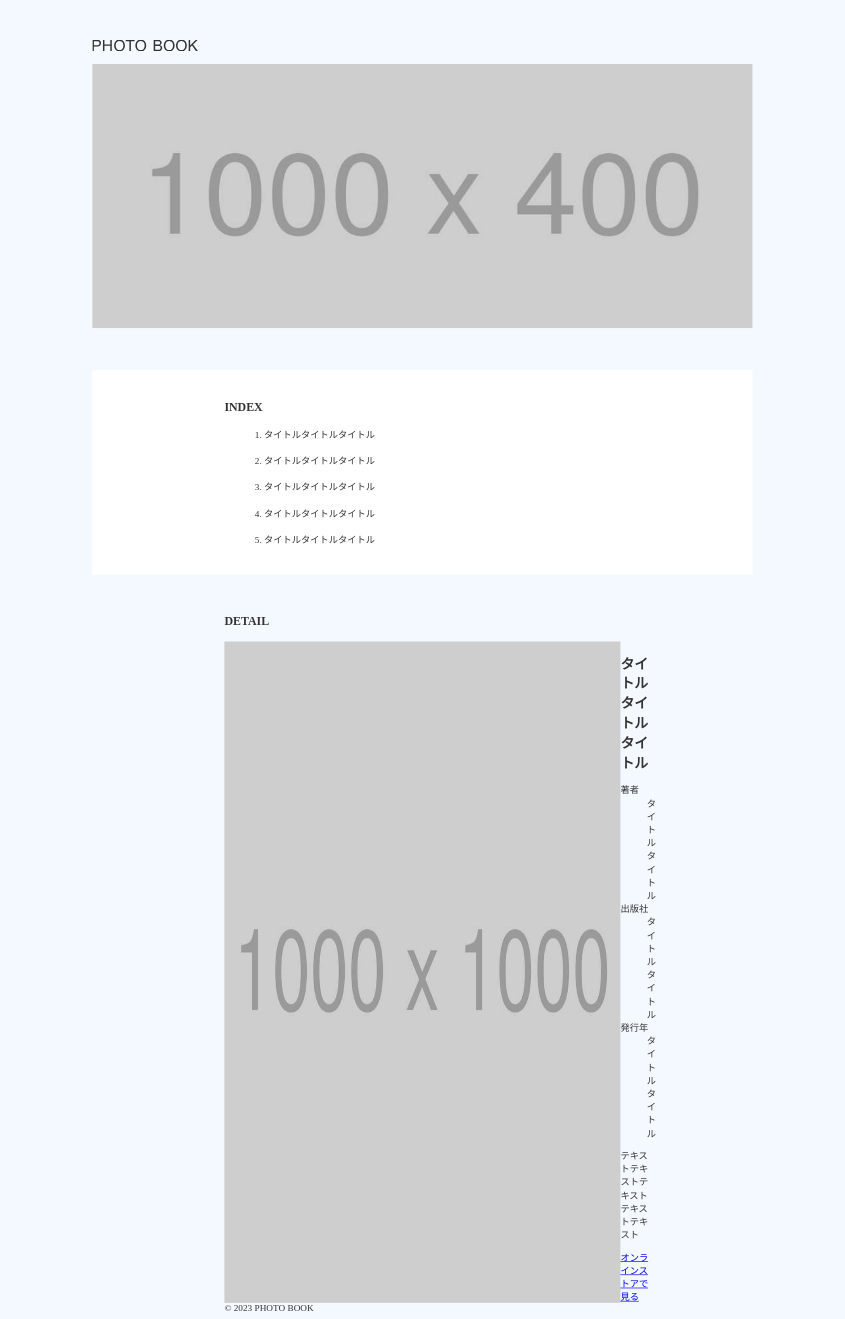
Repository: Fuki-san/photo-book-1
Page: http://localhost/photo
These files come from the project's save history. The page is drawn as it stood at one moment and after a run of saves; the edit follows.
The browser window is 1280 px wide. The pictures show the whole page, at 66% of full size.
The page is served by the project's Laravel application, run on PHP 8.4 with Laravel 10. Other server files are loaded and not shown.

Above is the page before, as saved 2023-11-29 18:49:12.

### routes/web.php
<?php

use Illuminate\Support\Facades\Route;

/*
|--------------------------------------------------------------------------
| Web Routes
|--------------------------------------------------------------------------
|
| Here is where you can register web routes for your application. These
| routes are loaded by the RouteServiceProvider and all of them will
| be assigned to the "web" middleware group. Make something great!
|
*/

Route::get('/', function () {
    return view('welcome');
});

Route::get('photo', function () {
    return view('photo');
});

### resources/views/photo.blade.php
@extends('layouts.main')

@section('title', 'photo')

@section('content')
    <div class="container">
        <header id="header">
            <h1 class="site-title"><a href="#"><img src="img/logo.svg" alt=""></a></h1>
        </header>

        <main>
            <div id="mainvisual">
                <img src="img/mainvisual.jpg" alt="">
            </div>
            <section id="index">
                <div class="inner">
                    <h2 class="sec-title">INDEX</h2>
                    <ol class="index-list">
                        <li>タイトルタイトルタイトル</li>
                        <li>タイトルタイトルタイトル</li>
                        <li>タイトルタイトルタイトル</li>
                        <li>タイトルタイトルタイトル</li>
                        <li>タイトルタイトルタイトル</li>
                    </ol>
                </div>
            </section>

            <section id="detail">
                <div class="inner">
                    <h2 class="sec-title">DETAIL</h2>
                    <div class="content">
                        <img src="img/detail.jpg" alt="">
                        <div class="text">
                            <h2 class="title">タイトルタイトルタイトル</h2>
                            <dl>
                                <dt>著者</dt>
                                <dd>タイトルタイトル</dd>
                                <dt>出版社</dt>
                                <dd>タイトルタイトル</dd>
                                <dt>発行年</dt>
                                <dd>タイトルタイトル</dd>
                            </dl>
                            <p>テキストテキストテキストテキストテキスト</p>
                            <a rel="noopener noreferrer" class="link" target="_blank" href="#">オンラインストアで見る</a>
                        </div>
                    </div>
                </div>
            </section>
        </main>

        <footer id="footer">
            <p class="inner">&copy; 2023 PHOTO BOOK</p>
        </footer>

    </div>
@endsection

### resources/views/layouts/main.blade.php
<!DOCTYPE html>
<html lang="ja">
<head>
    <meta charset="UTF-8">
    <meta name="viewport" content="width=device-width, initial-scale=1.0">
    <meta http-equiv="X-UA-Compatible" content="ie=edge">
    <link rel="stylesheet" href="{{ asset('css/reset.css') }}">
    <link rel="stylesheet" href="{{ asset('css/style.css') }}">
    <link rel="icon" href="img/favicon.ico">
    <title>@yield('title')</title>
</head>
<body>
    @yield('content')
</body>
</html>

### public/css/style.css
@charset "utf-8";

html{
    font-size: 100%;
}
body{
    font-size: 0.875rem;
    color: #333;
    background-color: #f4f9ff;
}
img{
    max-width: 100%;
    /* 画像は文字みたいに最初からサイズが決まっているわけではないので、
    (厳密にいえばテキストも同様で○○remと相対的なサイズにする)小さい画面サイズで
    はみ出したり、大きい画面サイズで余白ができるほど小さい画像にならないように、
    レスポンシブデザインを活かすため、max-width100%をしている */
}
.container{
    /* つまり.containerの子要素は本来、子のブロック要素は親要素と同じ幅になってmarigin autoなんて
    効かないが、1000pxの幅を超えたときに、containerがインライン要素と同じ感じに
    (block要素の幅100%でなく)1000pxという幅を持ち始め、それよりも大きい外側の部分を調整して
    marigin autoが効き、真ん中に来るようになる。
    端的に言えば↓の2つのコードは、幅が1000pxを超えたときに要素が真ん中に来るようにすること */
    /* .containerにも.innerにもmax-widthをする理由は、.innerの幅は
    .containerの1000pxを超えることがないが、それを超えて例えば1200pxのとき、
    .containerは200px分marginを取る。子のsection index(containerと同じ幅)も同様に1000pxcontentになり200px分は
    marginになる。このときでもinnerは600pxの幅を保ち、親のsection(1000px)に対して400px(左右200pxずつ)
    marginを取り、残りの200pxはそもそも範囲外でmarginでさえ対象外だから関係なし。
    つまり最初真ん中にindex要素を配置したいな→indexは600pxまでmainvisualと同じ幅で
    それ以上は画像だけ幅が伸びていく形(T型見たいなデザイン)にしようかな...でmax-widthとmargin autoが決まる */
    max-width: 1000px;
    margin: 0 auto;
}
.inner{
    margin: 0 auto;
    max-width: 600px;
}
.sec-title{
    font-size: 1.125rem;
    font-weight: bold;
    margin-bottom: 20px;
}
/* header */

#header{
    margin-top: 60px;
}
#header .site-title{
    width: 160px;
    /* h1の高さ(厳密にはborderlineだから、文字のaとかだとa文字がmainvisualと重なる。vertical-align bottomにすれば大丈夫だが...)をaやimgと合わせるため。 */
    line-height: 1px;
}
#header a{
    /* h1の範囲をaと合わせるため。これでクリックする範囲をh1と同じにした。
    aの高さはdisplayblockしてない状態だとh1と同じ高さだから、
    aも高さ変更必要でdisplay blockを使用 */
    display: block;
}
/* main */
#mainvisual{
    margin-bottom: 60px;
}
#index{
    background-color: #fff;
    padding: 30px 0;
    margin-bottom: 60px;
}
#index .index-list{
    margin-left: 20px;
}
#index .index-list li{
    margin-bottom: 20px;
}
#index .index-list li:last-child{
    margin-bottom: 0;
}
/* detaill */
#detail{
    /* margin-bottom: 100px; */
}
.content{
    display: flex;
    /* align-items: flex-start; */
}

### public/img/logo.svg
<?xml version="1.0" encoding="utf-8"?>
<!-- Generator: Adobe Illustrator 15.1.0, SVG Export Plug-In . SVG Version: 6.00 Build 0)  -->
<!DOCTYPE svg PUBLIC "-//W3C//DTD SVG 1.1//EN" "http://www.w3.org/Graphics/SVG/1.1/DTD/svg11.dtd">
<svg version="1.1" id="レイヤー_1" xmlns="http://www.w3.org/2000/svg" xmlns:xlink="http://www.w3.org/1999/xlink" x="0px"
	 y="0px" width="1400px" height="156px" viewBox="0 0 1400 156" enable-background="new 0 0 1400 156" xml:space="preserve">
<g>
	<path fill="#333333" d="M0,152.092V2.65h56.373c9.92,0,17.498,0.477,22.731,1.428c7.34,1.223,13.49,3.552,18.451,6.982
		c4.96,3.433,8.953,8.241,11.978,14.425c3.022,6.185,4.536,12.98,4.536,20.387c0,12.709-4.043,23.463-12.129,32.264
		c-8.09,8.802-22.699,13.202-43.834,13.202h-38.33v60.754H0z M19.775,73.702h38.636c12.775,0,21.847-2.379,27.217-7.136
		c5.369-4.757,8.053-11.451,8.053-20.082c0-6.252-1.581-11.604-4.741-16.056c-3.16-4.45-7.324-7.391-12.487-8.817
		c-3.33-0.883-9.481-1.325-18.452-1.325H19.775V73.702z"/>
	<path fill="#333333" d="M139.859,152.092V2.65h19.776v61.367h77.677V2.65h19.775v149.441h-19.775V81.652h-77.677v70.439H139.859z"
		/>
	<path fill="#333333" d="M288.174,79.309c0-24.805,6.66-44.224,19.98-58.258C321.473,7.019,338.667,0,359.735,0
		c13.795,0,26.232,3.298,37.309,9.889c11.076,6.593,19.521,15.784,25.332,27.574c5.811,11.791,8.716,25.163,8.716,40.112
		c0,15.155-3.059,28.713-9.175,40.674c-6.116,11.961-14.781,21.016-25.993,27.166c-11.214,6.15-23.311,9.226-36.291,9.226
		c-14.067,0-26.641-3.398-37.717-10.194c-11.079-6.794-19.471-16.071-25.179-27.829C291.029,104.86,288.174,92.425,288.174,79.309z
		 M308.562,79.614c0,18.01,4.843,32.197,14.527,42.559c9.684,10.364,21.831,15.546,36.442,15.546
		c14.884,0,27.131-5.231,36.75-15.699c9.615-10.464,14.423-25.313,14.423-44.546c0-12.165-2.057-22.784-6.167-31.856
		c-4.112-9.071-10.126-16.106-18.043-21.101c-7.917-4.995-16.804-7.493-26.656-7.493c-14,0-26.046,4.81-36.137,14.425
		C313.608,41.065,308.562,57.121,308.562,79.614z"/>
	<path fill="#333333" d="M490.425,152.092V20.286h-49.237V2.65h118.451v17.636h-49.439v131.806H490.425z"/>
	<path fill="#333333" d="M570.14,79.309c0-24.805,6.658-44.224,19.979-58.258C603.438,7.019,620.632,0,641.7,0
		c13.794,0,26.23,3.298,37.309,9.889c11.076,6.593,19.522,15.784,25.331,27.574c5.813,11.791,8.717,25.163,8.717,40.112
		c0,15.155-3.059,28.713-9.176,40.674c-6.114,11.961-14.779,21.016-25.992,27.166s-23.311,9.226-36.291,9.226
		c-14.068,0-26.641-3.398-37.717-10.194c-11.078-6.794-19.47-16.071-25.179-27.829C572.994,104.86,570.14,92.425,570.14,79.309z
		 M590.526,79.614c0,18.01,4.843,32.197,14.527,42.559c9.685,10.364,21.83,15.546,36.442,15.546
		c14.883,0,27.132-5.231,36.748-15.699c9.615-10.464,14.424-25.313,14.424-44.546c0-12.165-2.057-22.784-6.166-31.856
		c-4.113-9.071-10.127-16.106-18.043-21.101c-7.918-4.995-16.804-7.493-26.658-7.493c-14,0-26.044,4.81-36.136,14.425
		C595.572,41.065,590.526,57.121,590.526,79.614z"/>
	<path fill="#333333" d="M812.43,152.092V2.65h56.066c11.416,0,20.573,1.514,27.472,4.537c6.896,3.024,12.3,7.68,16.209,13.966
		c3.907,6.286,5.861,12.861,5.861,19.724c0,6.39-1.732,12.404-5.198,18.044c-3.467,5.641-8.7,10.193-15.7,13.659
		c9.039,2.65,15.987,7.172,20.848,13.558c4.857,6.389,7.289,13.933,7.289,22.631c0,7-1.479,13.506-4.435,19.521
		c-2.957,6.016-6.612,10.652-10.958,13.915c-4.352,3.261-9.806,5.726-16.363,7.391c-6.558,1.666-14.593,2.497-24.106,2.497H812.43z
		 M832.206,65.444h32.313c8.768,0,15.053-0.576,18.859-1.733c5.027-1.493,8.818-3.975,11.366-7.439
		c2.548-3.468,3.822-7.815,3.822-13.049c0-4.961-1.188-9.328-3.567-13.099c-2.38-3.773-5.776-6.354-10.192-7.748
		c-4.419-1.393-11.997-2.09-22.733-2.09h-29.868V65.444z M832.206,134.457h37.208c6.386,0,10.872-0.237,13.455-0.715
		c4.552-0.814,8.358-2.173,11.417-4.077c3.058-1.901,5.571-4.672,7.544-8.308c1.971-3.634,2.956-7.832,2.956-12.589
		c0-5.571-1.428-10.414-4.281-14.526c-2.854-4.111-6.814-6.999-11.876-8.665c-5.063-1.664-12.354-2.497-21.865-2.497h-34.558
		V134.457z"/>
	<path fill="#333333" d="M946.479,79.309c0-24.805,6.659-44.224,19.979-58.258C979.776,7.019,996.972,0,1018.039,0
		c13.794,0,26.23,3.298,37.309,9.889c11.077,6.593,19.521,15.784,25.331,27.574c5.812,11.791,8.717,25.163,8.717,40.112
		c0,15.155-3.058,28.713-9.175,40.674s-14.781,21.016-25.994,27.166s-23.311,9.226-36.29,9.226
		c-14.068,0-26.641-3.398-37.717-10.194c-11.078-6.794-19.47-16.071-25.18-27.829C949.332,104.86,946.479,92.425,946.479,79.309z
		 M966.865,79.614c0,18.01,4.842,32.197,14.526,42.559c9.685,10.364,21.83,15.546,36.442,15.546
		c14.884,0,27.133-5.231,36.749-15.699c9.615-10.464,14.424-25.313,14.424-44.546c0-12.165-2.057-22.784-6.166-31.856
		c-4.113-9.071-10.127-16.106-18.044-21.101c-7.917-4.995-16.803-7.493-26.657-7.493c-14.001,0-26.044,4.81-36.136,14.425
		C971.91,41.065,966.865,57.121,966.865,79.614z"/>
	<path fill="#333333" d="M1108.865,79.309c0-24.805,6.66-44.224,19.979-58.258C1142.163,7.019,1159.357,0,1180.426,0
		c13.794,0,26.23,3.298,37.31,9.889c11.076,6.593,19.521,15.784,25.332,27.574c5.811,11.791,8.715,25.163,8.715,40.112
		c0,15.155-3.059,28.713-9.175,40.674c-6.115,11.961-14.779,21.016-25.993,27.166s-23.312,9.226-36.29,9.226
		c-14.068,0-26.642-3.398-37.719-10.194c-11.078-6.794-19.469-16.071-25.177-27.829
		C1111.719,104.86,1108.865,92.425,1108.865,79.309z M1129.254,79.614c0,18.01,4.842,32.197,14.525,42.559
		c9.684,10.364,21.831,15.546,36.442,15.546c14.882,0,27.131-5.231,36.749-15.699c9.615-10.464,14.424-25.313,14.424-44.546
		c0-12.165-2.057-22.784-6.167-31.856c-4.113-9.071-10.127-16.106-18.043-21.101c-7.917-4.995-16.804-7.493-26.658-7.493
		c-13.999,0-26.044,4.81-36.135,14.425C1134.298,41.065,1129.254,57.121,1129.254,79.614z"/>
	<path fill="#333333" d="M1276.45,152.092V2.65h19.776V76.76l74.211-74.109h26.81l-62.691,60.552l65.444,88.89h-26.096
		l-53.213-75.638l-24.465,23.854v51.784H1276.45z"/>
</g>
</svg>

After the next 2 saves:
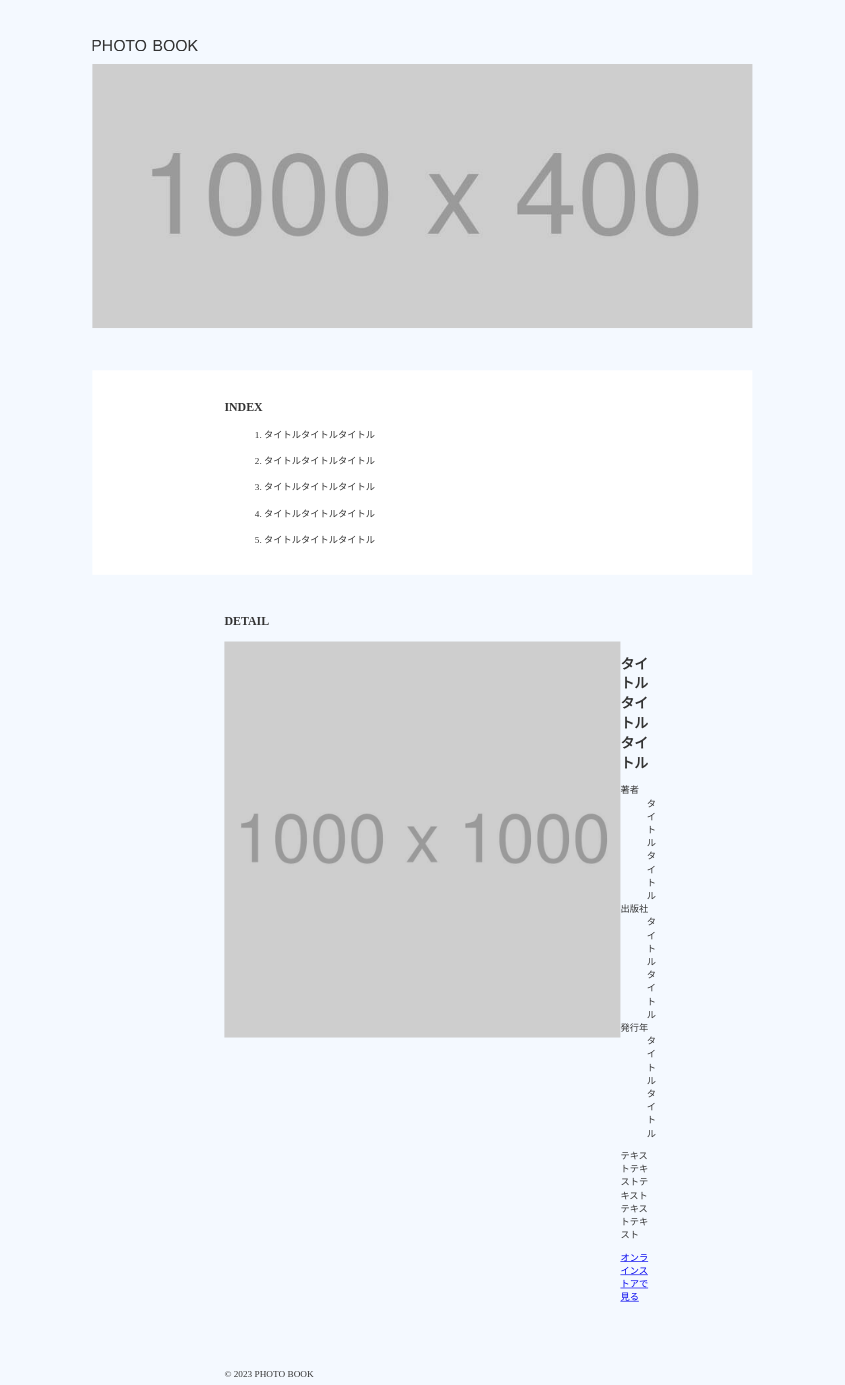
The 2 saves are shown as one change because they came seconds apart.
The last was saved 19 s later.
--- a/public/css/style.css
+++ b/public/css/style.css
@@ -76,9 +76,9 @@
 }
 /* detaill */
 #detail{
-    /* margin-bottom: 100px; */
+    margin-bottom: 100px;
 }
 .content{
     display: flex;
-    /* align-items: flex-start; */
+    align-items: flex-start;
 }
